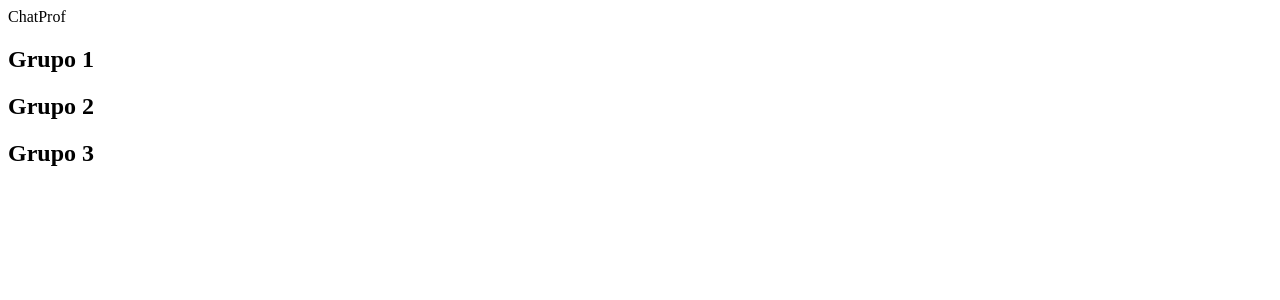
Repository: victornovy/chat-prof
Page: src/pages/home/home.html
These files come from the project's save history. The page is drawn as it stood at one moment and after the next save; the edit follows.
The browser window is 1280 px wide. The pictures show the whole page.

Above is the page before, as saved 2018-10-24 23:47:26.

After the next save:
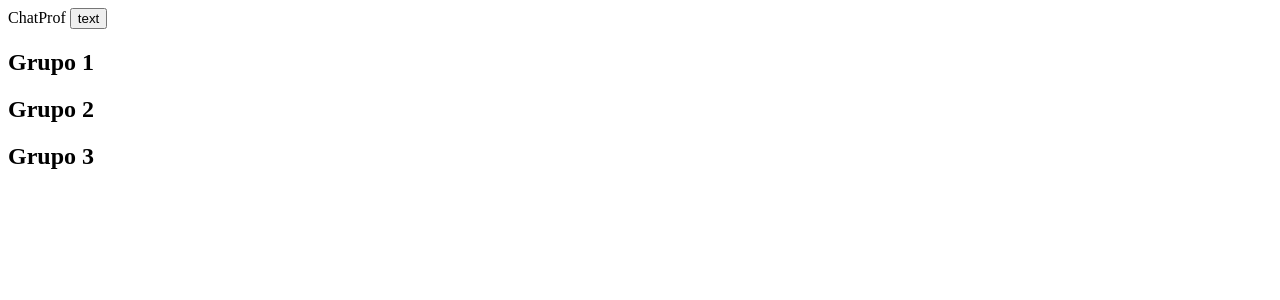
Saved 4 min 41 s later.
--- a/src/pages/home/home.html
+++ b/src/pages/home/home.html
@@ -8,6 +8,7 @@
 
 <ion-content padding>
     <ion-list>
+        <button mat-button>text</button>
         <ion-item>
             <h2>Grupo 1</h2>
         </ion-item>
